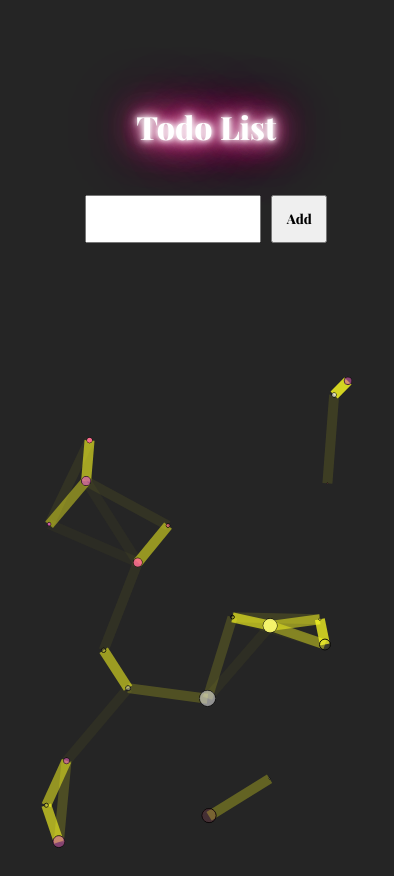
Repository: TENSAEA/----todo
Page: index.html
These files come from the project's save history. The page is drawn as it stood at one moment and after the next save; the edit follows.
The browser window is 375 px wide. The page is 394 px wide, then 375 px, so the pictures cover 394 px, including what lies to the right of the window. The pictures show the whole page.
Some web fonts or font styles are not loaded; a fallback is used.

Above is the page before, as saved 2023-10-25 14:59:46.

### index.html
<!DOCTYPE html>
<html lang="en">
  <head>
    <meta charset="UTF-8" />
    <meta name="viewport" content="width=device-width, initial-scale=1.0" />
    <title>TodoList</title>
    <link rel="stylesheet" href="style.css" />
  </head>
  <body>
    <div id="particle">
      <div class="container">
        <h1>Todo List</h1>
        <br />
        <div class="header">
          <form class="form">
            <input type="text" id="add" />
            <label for="add"><button id="addBtn">Add</button></label>
          </form>
        </div>
        <div class="list-div">
          <!-- <div class="list-hide">
          <ul class="list">
            <li>
              <input class="list-text" type="text" id="edit" readonly />
              <label for="edit">
                <button class="edit">Edit</button
                ><button class="delete">Delete</button>
              </label>
            </li>
          </ul>
        </div> -->
        </div>
      </div>
    </div>
    <script src="particles.js"></script>
    <script src="https://cdn.jsdelivr.net/npm/particles.js@2.0.0/particles.min.js"></script>
    <script src="script.js"></script>
  </body>
</html>

### style.css
@import url('https://fonts.googleapis.com/css2?family=Bungee+Spice&family=Playfair+Display:wght@800&display=swap');

*{
   box-sizing:border-box;
   margin:0;
   padding:0;
   font-family: 'Bungee Spice', sans-serif;
font-family: 'Playfair Display', serif;}
body{
    background-color: #252525;
}

#particle{
    position: absolute;
      top: 0;
      left: 0;
      width: 100%;
      height: 65%;
      z-index: 2;

}

.container{
    /* -webkit-box-shadow: 0px 0px 0px 5px #A0A0A0, inset 0px 10px 27px -8px #141414, inset 0px -10px 27px -8px #A31925, 5px 5px 15px 5px rgba(0,0,0,0);  */
/* box-shadow: 0px 0px 0px 5px #A0A0A0, inset 0px 10px 27px -8px #141414, inset 0px -10px 27px -8px #A31925, 5px 5px 15px 5px rgba(0,0,0,0); */
    display: flex;
    flex-direction: column;
    padding: 20%;
    margin:5%;
    margin-top:20px;
    flex-grow: 1;
    flex:1;
    width:100%;
}

.container h1{
    font-size:2em;
    text-align:center;
    color: #FFFFFF;
text-shadow: #FFF 0px 0px 5px, #FFF 0px 0px 10px, #FFF 0px 0px 15px, #FF2D95 0px 0px 20px, #FF2D95 0px 0px 30px, #FF2D95 0px 0px 40px, #FF2D95 0px 0px 50px, #FF2D95 0px 0px 75px;
color: #FFFFFF;
width:100%;
padding:10px;

}

#add{
    /* padding: 0.5em;
    width:100%;
    margin:auto; */
}
.form{
    display:flex;
    justify-content: center;
    flex:1;
    width: 100%;;
    padding: 1em;
}
.form label button{
    padding:1em;
    width:auto;
    margin-left:10px;
    cursor: pointer;
}

.list{
    padding-bottom: 20px;
}

.list li{
    list-style-type: none;
}

.list-div .list li .list-text{
    padding: 1em;
    width:60%;
    margin-left:60px;
}
.edit,.delete{
    padding:1em;
    width:70px;
    margin-left:10px;
    cursor: pointer;
}

@media (max-width:636px){
    /* *,:before,:after {
      width: 100%;
      height: 100%;
      box-sizing: border-box;
    }


    .form label button{
        padding:10px;
        width:70px;
        margin:3% 40%;
        cursor: pointer;
    }
    .edit,.delete{
        padding:10px;
        width:70px;
        margin:2% 38%;
        cursor: pointer;
    } */
    }

### particles.js
var config = {
  particles: {
    number: {
      value: 150,

      density: {
        enable: true,
        value_area: 786,
      },
    },
    color: {
      value: ["#ffffff", "#FF6F91", "#F9F871", "#D65DB1"],
    },
    shape: {
      type: "circle",
      stroke: {
        width: 1,
        color: "#000000",
      },
      polygon: {
        nb_sides: 12,
      },
      image: {
        src: "",
        width: 100,
        height: 100,
      },
    },
    opacity: {
      value: 1,
      random: true,
      anim: {
        enable: true,
        speed: 1,
        opacity_min: 0,
        sync: false,
      },
    },
    size: {
      value: 10,
      random: true,
      anim: {
        enable: true,
        speed: 3,
        size_min: 0.3,
        sync: false,
      },
    },
    line_linked: {
      enable: true,
      distance: 100,
      color: "#ff2",
      opacity: 1,
      width: 10,
    },
    move: {
      enable: true,
      speed: 1.3,
      direction: "top",
      random: true,
      straight: true,
      out_mode: "out",
      bounce: false,
      attract: {
        enable: true,
        rotateX: 2082.2488,
        rotateY: 3363.6328,
      },
    },
  },
  interactivity: {
    detect_on: "canvas",
    events: {
      onhover: {
        enable: true,
        mode: "grab",
      },
      onclick: {
        enable: true,
        mode: "repulse",
      },
      resize: true,
    },
    modes: {
      grab: {
        distance: 70,
        line_linked: {
          opacity: 0.5,
        },
      },
      bubble: {
        distance: 100,
        size: 5,
        duration: 8.598243,
        opacity: 0,
        speed: 3,
      },
      repulse: {
        distance: 150,
        duration: 0.8,
      },
      push: {
        particles_nb: 4,
      },
      remove: {
        particles_nb: 2,
      },
    },
  },
  retina_detect: true,
};

window.onload = function () {
  let clause = window.innerWidth < 768;
  config.particles.number.value = clause ? 80 : 150;
  particlesJS("particle", config);
};

### script.js
window.addEventListener("load", () => {
  let addInput = document.getElementById("add");
  let addBtn = document.getElementById("addBtn");

  addBtn.addEventListener("click", (e) => {
    e.preventDefault();
    console.log("clicked");
    let list = document.querySelector(".list-div");
    let ul = document.createElement("ul");
    ul.classList.add("list");
    let li = document.createElement("li");
    ul.appendChild(li);
    let input = document.createElement("input");
    input.classList.add("list-text");
    input.type = "text";
    input.id = "edit";
    input.setAttribute("readonly", "readonly");
    input.value = addInput.value;
    li.appendChild(input);

    let label = document.createElement("label");
    label.setAttribute("for", "edit");
    li.appendChild(label);
    let buttonOne = document.createElement("button");
    buttonOne.classList.add("edit");
    buttonOne.textContent = "Edit";
    label.appendChild(buttonOne);
    let buttonTwo = document.createElement("button");
    buttonTwo.classList.add("delete");
    buttonTwo.textContent = "Delete";
    label.appendChild(buttonTwo);

    let listHide = document.createElement("div");
    listHide.classList.add("list-hide");

    listHide.appendChild(ul);
    list.appendChild(listHide);

    buttonOne.addEventListener("click", () => {
      if (buttonOne.textContent.toLowerCase() == "edit") {
        input.removeAttribute("readonly");
        buttonOne.textContent = "Save";
        input.focus();
      } else {
        input.setAttribute("readonly", "readonly");
        buttonOne.textContent = "Edit";
      }
    });

    buttonTwo.addEventListener("click", () => {
      list.removeChild(listHide);
    });
  });
});

After the next save:
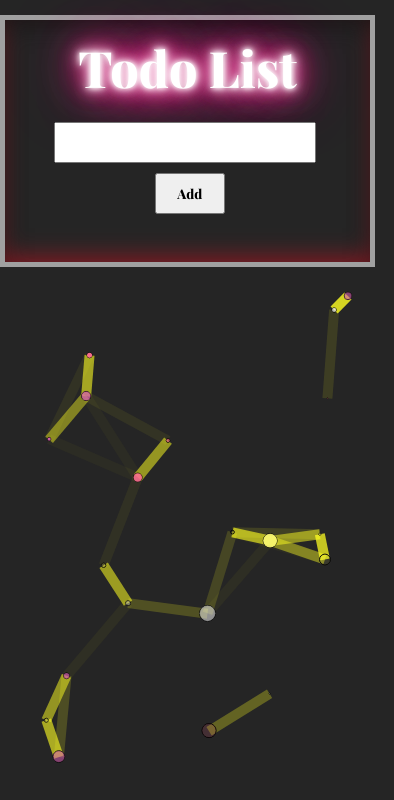
Saved 55 s later.
--- a/style.css
+++ b/style.css
@@ -21,44 +21,38 @@ body{
 }
 
 .container{
-    /* -webkit-box-shadow: 0px 0px 0px 5px #A0A0A0, inset 0px 10px 27px -8px #141414, inset 0px -10px 27px -8px #A31925, 5px 5px 15px 5px rgba(0,0,0,0);  */
-/* box-shadow: 0px 0px 0px 5px #A0A0A0, inset 0px 10px 27px -8px #141414, inset 0px -10px 27px -8px #A31925, 5px 5px 15px 5px rgba(0,0,0,0); */
+    -webkit-box-shadow: 0px 0px 0px 5px #A0A0A0, inset 0px 10px 27px -8px #141414, inset 0px -10px 27px -8px #A31925, 5px 5px 15px 5px rgba(0,0,0,0);
+box-shadow: 0px 0px 0px 5px #A0A0A0, inset 0px 10px 27px -8px #141414, inset 0px -10px 27px -8px #A31925, 5px 5px 15px 5px rgba(0,0,0,0);
     display: flex;
     flex-direction: column;
-    padding: 20%;
-    margin:5%;
+    padding: 5%;
+    margin:5px;
     margin-top:20px;
-    flex-grow: 1;
-    flex:1;
-    width:100%;
 }
 
 .container h1{
-    font-size:2em;
+    margin-top:-5px;
+    font-size:50px;
     text-align:center;
     color: #FFFFFF;
 text-shadow: #FFF 0px 0px 5px, #FFF 0px 0px 10px, #FFF 0px 0px 15px, #FF2D95 0px 0px 20px, #FF2D95 0px 0px 30px, #FF2D95 0px 0px 40px, #FF2D95 0px 0px 50px, #FF2D95 0px 0px 75px;
 color: #FFFFFF;
-width:100%;
-padding:10px;
+
 
 }
 
+.header{
+    padding-bottom: 20px;
+}
+
 #add{
-    /* padding: 0.5em;
-    width:100%;
-    margin:auto; */
-}
-.form{
-    display:flex;
-    justify-content: center;
-    flex:1;
-    width: 100%;;
-    padding: 1em;
+    padding: 10px;
+    width:80%;
+    margin-left:30px;
 }
 .form label button{
-    padding:1em;
-    width:auto;
+    padding:10px;
+    width:70px;
     margin-left:10px;
     cursor: pointer;
 }
@@ -72,25 +66,18 @@ padding:10px;
 }
 
 .list-div .list li .list-text{
-    padding: 1em;
+    padding: 10px;
     width:60%;
     margin-left:60px;
 }
 .edit,.delete{
-    padding:1em;
+    padding:10px;
     width:70px;
     margin-left:10px;
     cursor: pointer;
 }
 
 @media (max-width:636px){
-    /* *,:before,:after {
-      width: 100%;
-      height: 100%;
-      box-sizing: border-box;
-    }
-
-
     .form label button{
         padding:10px;
         width:70px;
@@ -102,5 +89,5 @@ padding:10px;
         width:70px;
         margin:2% 38%;
         cursor: pointer;
-    } */
     }
+    }
